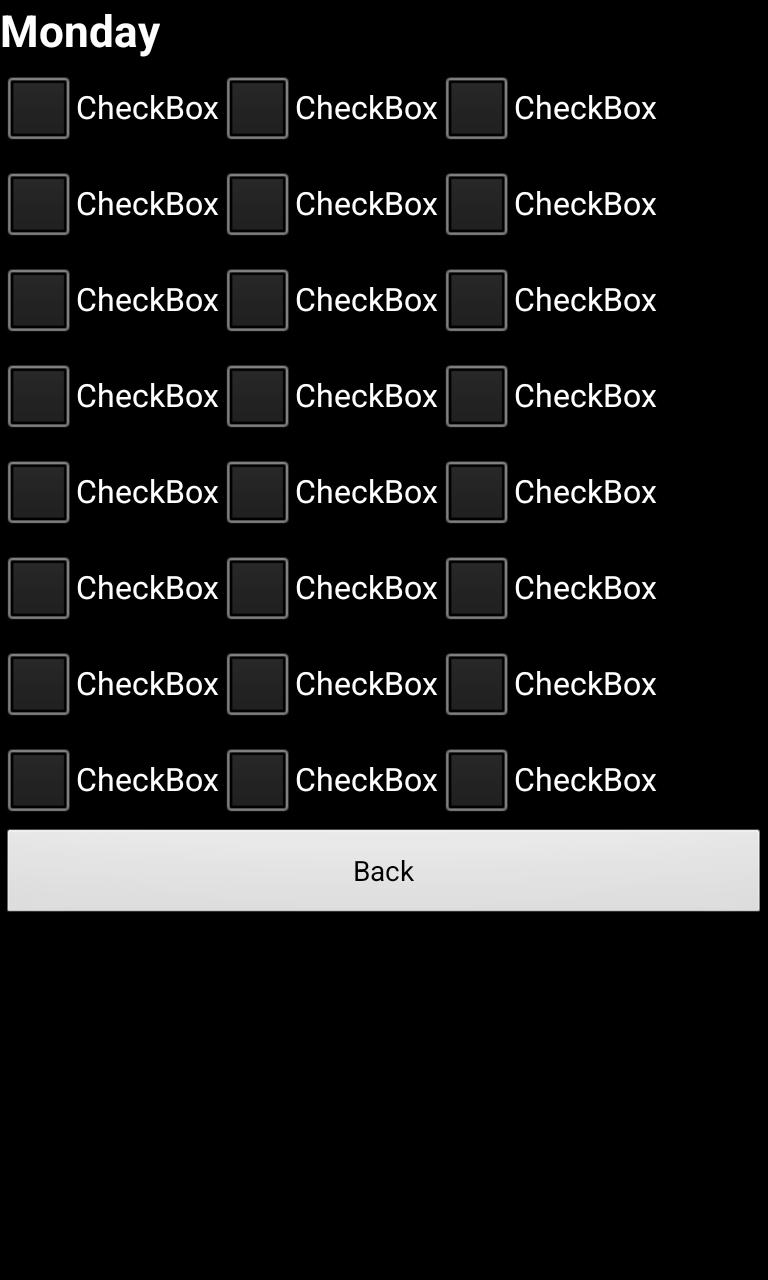
Repository: shaunkitch/android-survey
Layout: Android/Survey/res/layout/main2.xml
The author's editor kept a copy of each file at every save. The layout is drawn from the files as they stood at one save, then again after the next save.
It is drawn on a 768 x 1280 px phone screen (xhdpi) without system bars, with theme android:Theme; the app's code is not run.

Above is the layout before, as saved 2012-05-09 17:36:45.

### Android/Survey/res/layout/main2.xml
<?xml version="1.0" encoding="utf-8"?>
<TableLayout xmlns:android="http://schemas.android.com/apk/res/android"
    android:layout_width="fill_parent"
    android:layout_height="fill_parent" >

    <TableRow
        android:id="@+id/tableRow4"
        android:layout_width="wrap_content"
        android:layout_height="fill_parent" android:layout_gravity="center">

        <TextView
            android:id="@+id/textView1"
            android:layout_width="wrap_content"
            android:layout_height="wrap_content"
            android:text="@string/Monday"
            android:textAppearance="?android:attr/textAppearanceLarge" android:textStyle="bold"/>

    </TableRow>

    <TableRow
        android:id="@+id/tableRow8"
        android:layout_width="wrap_content"
        android:layout_height="wrap_content" >

        <CheckBox
            android:id="@+id/checkBox1"
            android:layout_width="wrap_content"
            android:layout_height="wrap_content"
            android:text="CheckBox" />

        <CheckBox
            android:id="@+id/checkBox9"
            android:layout_width="wrap_content"
            android:layout_height="wrap_content"
            android:text="CheckBox" />

        <CheckBox
            android:id="@+id/checkBox17"
            android:layout_width="wrap_content"
            android:layout_height="wrap_content"
            android:text="CheckBox" />

    </TableRow>

    <TableRow
        android:id="@+id/tableRow9"
        android:layout_width="wrap_content"
        android:layout_height="wrap_content" >

        <CheckBox
            android:id="@+id/checkBox2"
            android:layout_width="wrap_content"
            android:layout_height="wrap_content"
            android:text="CheckBox" />

        <CheckBox
            android:id="@+id/checkBox10"
            android:layout_width="wrap_content"
            android:layout_height="wrap_content"
            android:text="CheckBox" />

        <CheckBox
            android:id="@+id/checkBox18"
            android:layout_width="wrap_content"
            android:layout_height="wrap_content"
            android:text="CheckBox" />

    </TableRow>

    <TableRow
        android:id="@+id/tableRow1"
        android:layout_width="wrap_content"
        android:layout_height="wrap_content" >

        <CheckBox
            android:id="@+id/checkBox3"
            android:layout_width="wrap_content"
            android:layout_height="wrap_content"
            android:text="CheckBox" />

        <CheckBox
            android:id="@+id/checkBox11"
            android:layout_width="wrap_content"
            android:layout_height="wrap_content"
            android:text="CheckBox" />

        <CheckBox
            android:id="@+id/checkBox19"
            android:layout_width="wrap_content"
            android:layout_height="wrap_content"
            android:text="CheckBox" />

    </TableRow>

    <TableRow
        android:id="@+id/tableRow3"
        android:layout_width="wrap_content"
        android:layout_height="wrap_content" >

        <CheckBox
            android:id="@+id/checkBox4"
            android:layout_width="wrap_content"
            android:layout_height="wrap_content"
            android:text="CheckBox" />

        <CheckBox
            android:id="@+id/checkBox12"
            android:layout_width="wrap_content"
            android:layout_height="wrap_content"
            android:text="CheckBox" />

        <CheckBox
            android:id="@+id/checkBox20"
            android:layout_width="wrap_content"
            android:layout_height="wrap_content"
            android:text="CheckBox" />

    </TableRow>

    <TableRow
        android:id="@+id/tableRow2"
        android:layout_width="wrap_content"
        android:layout_height="wrap_content" >

        <CheckBox
            android:id="@+id/checkBox5"
            android:layout_width="wrap_content"
            android:layout_height="wrap_content"
            android:text="CheckBox" />

        <CheckBox
            android:id="@+id/checkBox13"
            android:layout_width="wrap_content"
            android:layout_height="wrap_content"
            android:text="CheckBox" />

        <CheckBox
            android:id="@+id/checkBox21"
            android:layout_width="wrap_content"
            android:layout_height="wrap_content"
            android:text="CheckBox" />

    </TableRow>

    <TableRow
        android:id="@+id/tableRow5"
        android:layout_width="wrap_content"
        android:layout_height="wrap_content" >

        <CheckBox
            android:id="@+id/checkBox6"
            android:layout_width="wrap_content"
            android:layout_height="wrap_content"
            android:text="CheckBox" />

        <CheckBox
            android:id="@+id/checkBox14"
            android:layout_width="wrap_content"
            android:layout_height="wrap_content"
            android:text="CheckBox" />

        <CheckBox
            android:id="@+id/checkBox22"
            android:layout_width="wrap_content"
            android:layout_height="wrap_content"
            android:text="CheckBox" />

    </TableRow>

    <TableRow
        android:id="@+id/tableRow7"
        android:layout_width="wrap_content"
        android:layout_height="wrap_content" >

        <CheckBox
            android:id="@+id/checkBox7"
            android:layout_width="wrap_content"
            android:layout_height="wrap_content"
            android:text="CheckBox" />

        <CheckBox
            android:id="@+id/checkBox15"
            android:layout_width="wrap_content"
            android:layout_height="wrap_content"
            android:text="CheckBox" />

        <CheckBox
            android:id="@+id/checkBox23"
            android:layout_width="wrap_content"
            android:layout_height="wrap_content"
            android:text="CheckBox" />

    </TableRow>

    <TableRow
        android:id="@+id/tableRow6"
        android:layout_width="wrap_content"
        android:layout_height="wrap_content" >

        <CheckBox
            android:id="@+id/checkBox8"
            android:layout_width="wrap_content"
            android:layout_height="wrap_content"
            android:text="CheckBox" />

        <CheckBox
            android:id="@+id/checkBox16"
            android:layout_width="wrap_content"
            android:layout_height="wrap_content"
            android:text="CheckBox" />

        <CheckBox
            android:id="@+id/checkBox24"
            android:layout_width="wrap_content"
            android:layout_height="wrap_content"
            android:text="CheckBox" />

    </TableRow>

    <TableRow
        android:id="@+id/tableRow10"
        android:layout_width="wrap_content"
        android:layout_height="wrap_content" >
    </TableRow>

    <Button
        android:id="@+id/BackToMain1"
        android:layout_width="wrap_content"
        android:layout_height="wrap_content"
        android:onClick="BackToMain1OnClick"
        android:text="@string/BackToMain1" />

</TableLayout>

### Android/Survey/res/values/strings.xml
<?xml version="1.0" encoding="utf-8"?>
<resources>

    <string name="hello">Hello World, Survey!</string>
    <string name="app_name">Survey</string>
    <string name="NoSurvey">No survey available now.</string>
    <string name="StartAnswerSurvey">Start Answering Survey</string>
    <string name="Schedule">&quot;Schedule the best time for you to answer the survey &quot;</string>
    <string name="BackToMain1">Back</string>
    <string name="Monday">Monday</string>

</resources>

After the next save:
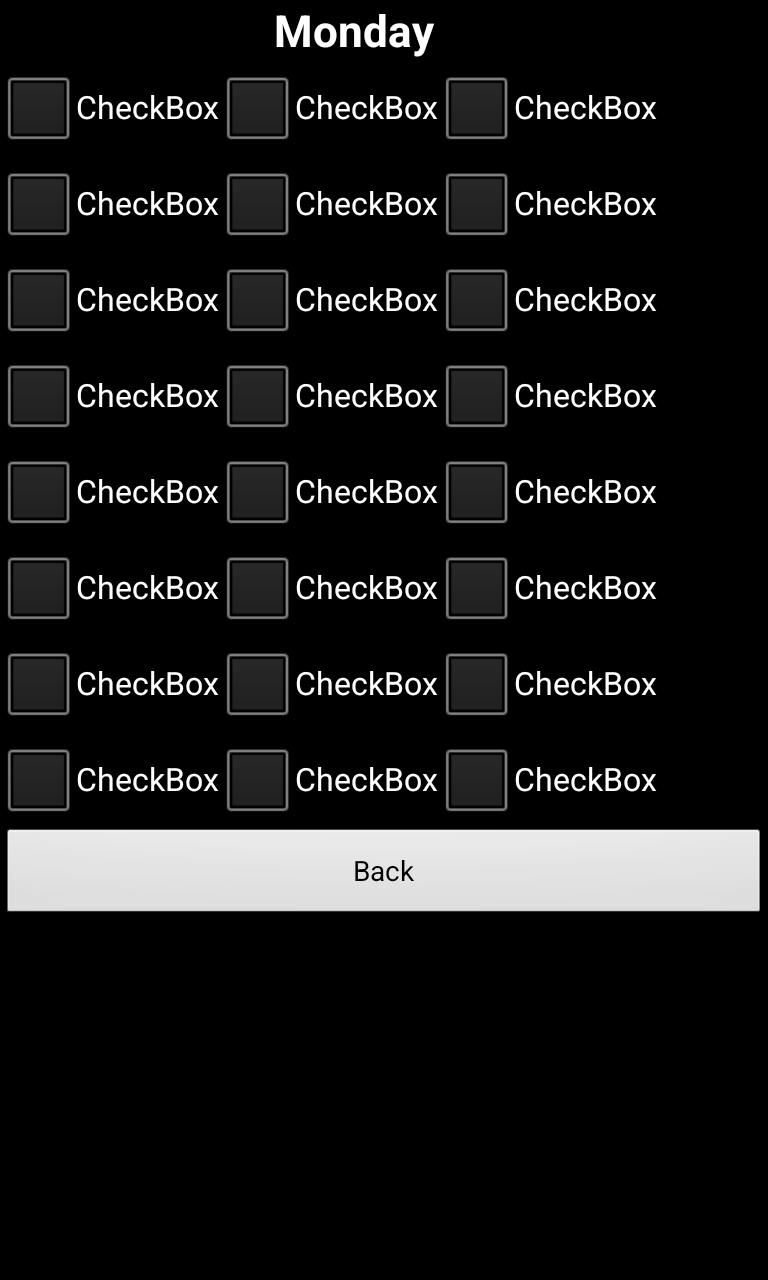
Saved 46 s later.
--- a/Android/Survey/res/layout/main2.xml
+++ b/Android/Survey/res/layout/main2.xml
@@ -6,7 +6,7 @@
     <TableRow
         android:id="@+id/tableRow4"
         android:layout_width="wrap_content"
-        android:layout_height="fill_parent" android:layout_gravity="center">
+        android:layout_height="fill_parent" android:layout_gravity="center" android:gravity="center">
 
         <TextView
             android:id="@+id/textView1"
